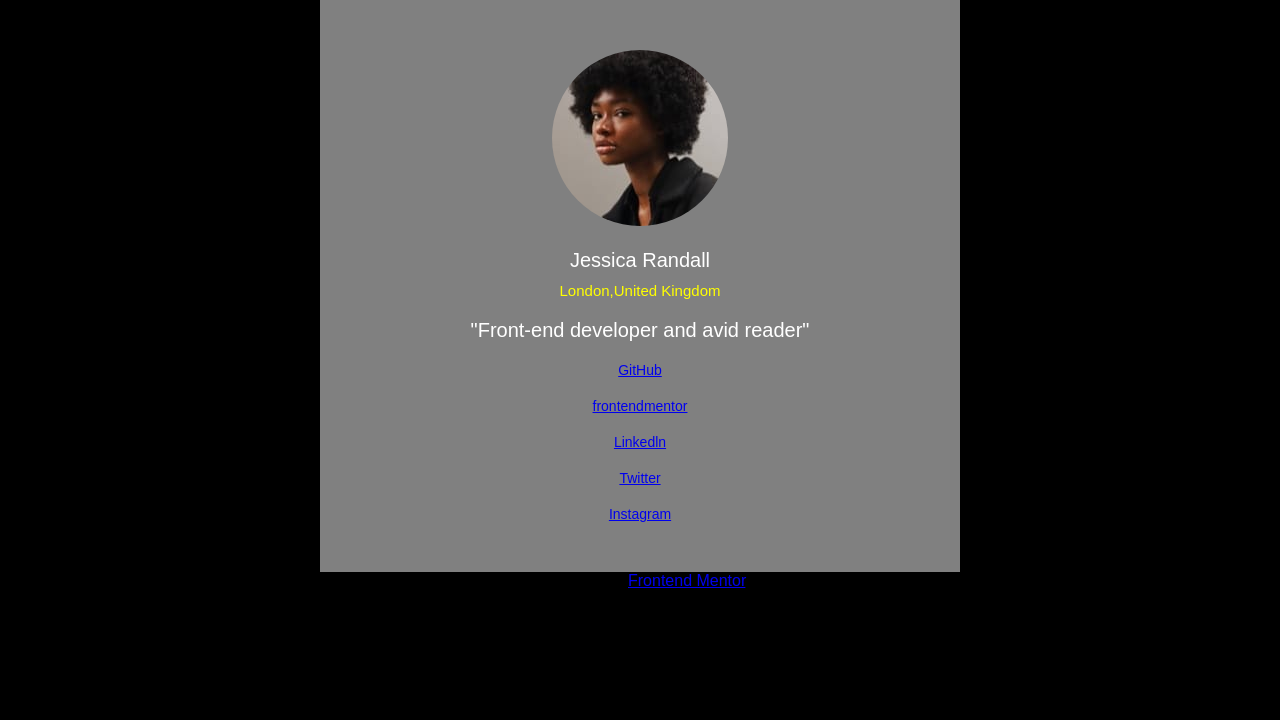
Repository: JosephAbatan05/Social-links-profile
Page: social-links-profile-main/index.html
These files come from the project's save history. The page is drawn as it stood at one moment and after the next save; the edit follows.
The browser window is 1280 px wide. The pictures show the whole page.

Above is the page before, as saved 2025-01-25 11:10:17.

### social-links-profile-main/index.html
<!DOCTYPE html>
<html lang="en">
<head>
  <meta charset="UTF-8">
  <meta name="viewport" content="width=device-width, initial-scale=1.0"> <!-- displays site properly based on user's device -->

  <link rel="icon" type="image/png" sizes="32x32" href="./assets/images/favicon-32x32.png">

  <title>Frontend Mentor | Social links profile</title>
<link rel="stylesheet" href="styles.css">

  <!-- Feel free to remove these styles or customise in your own stylesheet 👍 --<style>
    .attribution { font-size: 11px; text-align: center; }
    .attribution a { color: hsl(228, 45%, 44%); }
  </style>
</head>
<body>

  Jessica Randall
  London, United Kingdom
  "Front-end developer and avid reader."

  GitHub
  Frontend Mentor
  LinkedIn
  Twitter
  Instagram


-->

<div class="container">
  <img src="assets\images\avatar-jessica.jpeg" >

<div id="name">Jessica Randall</div>
<div class="description">London,United Kingdom</div>
<div class="about">"Front-end developer and avid reader"</div>
<div id="fa-links-container">
  <div >
    <a href="https://github.com" class="button">GitHub</a>



    <a href="https://frontendmentor.com" class="button">frontendmentor</a>




    <a href="https://Linkedln.com" class="button">Linkedln</a>





    <a href="https://Twitter.com" class="button">Twitter</a>





    <a href="https://Instagram.com" class="button">Instagram</a>






  </div>



</div>


</div>
<div class="attribution">
  Challenge by <a href="https://www.frontendmentor.io?ref=challenge" target="_blank">Frontend Mentor</a>.
</div>

</body>
</html>

### social-links-profile-main/styles.css
body{
    margin:0;
    padding:0;
    box-sizing: border-box;
    background-color: black;
    font-family: sans-serif;
}
.container{
    text-align: center;
    margin: 0 auto;
    font-size:14px;
    background-color: grey;
    max-width: 50%;
    padding: 50px 0;
}
img{
    border-radius:50%;


}
.container #name{
    color:white;
    margin-top: 20px;
    font-size:20px;
}

.container .description{
    color:yellow;
    margin-top: 10px;
    font-size: 15px;
}
.container .about{
    margin-top:20px;
    color:white;
    font-size: 20px;
}

.fa-links-container{
    margin-top:20px;
    padding:10px;
    text-align: center;

}
/*
.fa-links-container div a button{
    padding:10px;
    border-radius:5px;
    background-color:rgb(37, 36, 36);
    color:white;
    margin:0  auto;
    max-width: 45%;
    align-items:flex-end;
   margin-top: 5px;
   font-weight:bold
}
   */

.button{
    display: flex;
    gap:15px;
    flex-direction: column;
    margin-top: 20px;
}
 .fa-links-container div a{
    text-decoration: none;
    font-weight:600;
    padding:10px;
    border: none;
    color:white;
    background-color:hsl(0, 0%, 20%);
    border-radius:8px;
    width:250px;
    height:15px;

    border:none;
    justify-content: center;
}
.attribution{
    text-align:center;
    text-decoration: none;
}

After the next save:
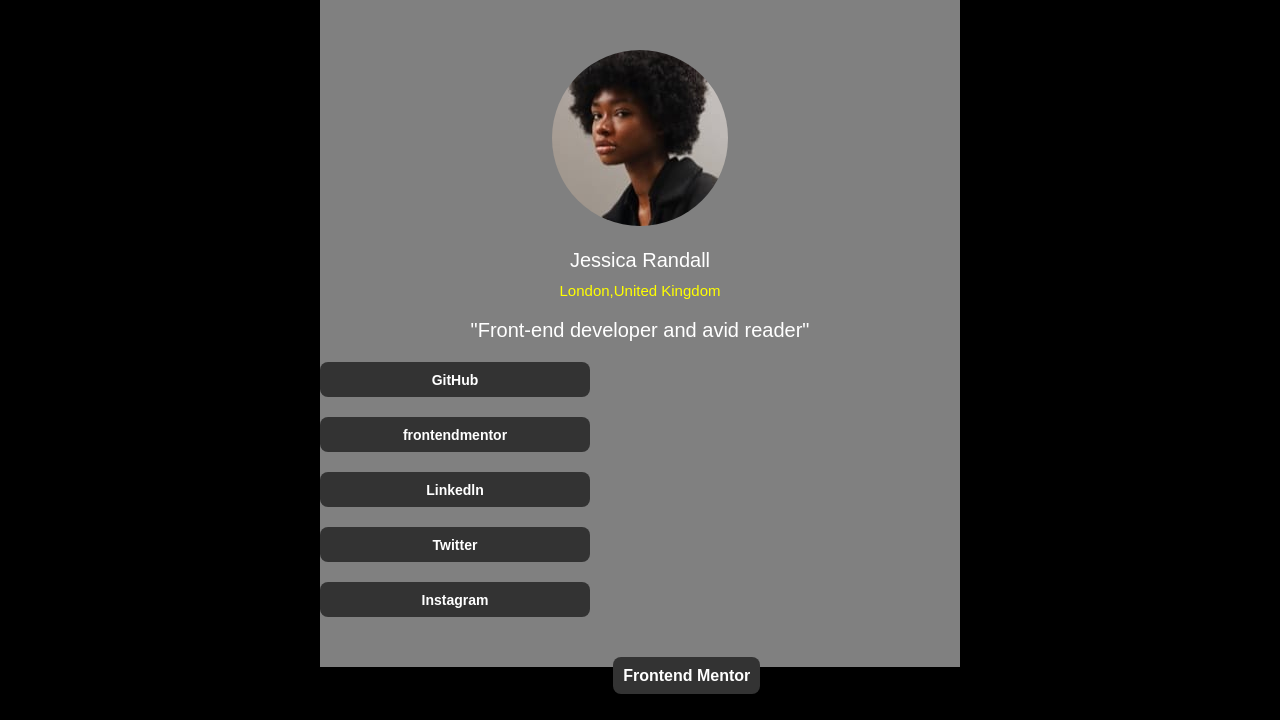
Saved 6 s later.
--- a/social-links-profile-main/styles.css
+++ b/social-links-profile-main/styles.css
@@ -61,7 +61,7 @@
     flex-direction: column;
     margin-top: 20px;
 }
- .fa-links-container div a{
+  a{
     text-decoration: none;
     font-weight:600;
     padding:10px;

After the 3 saves that followed:
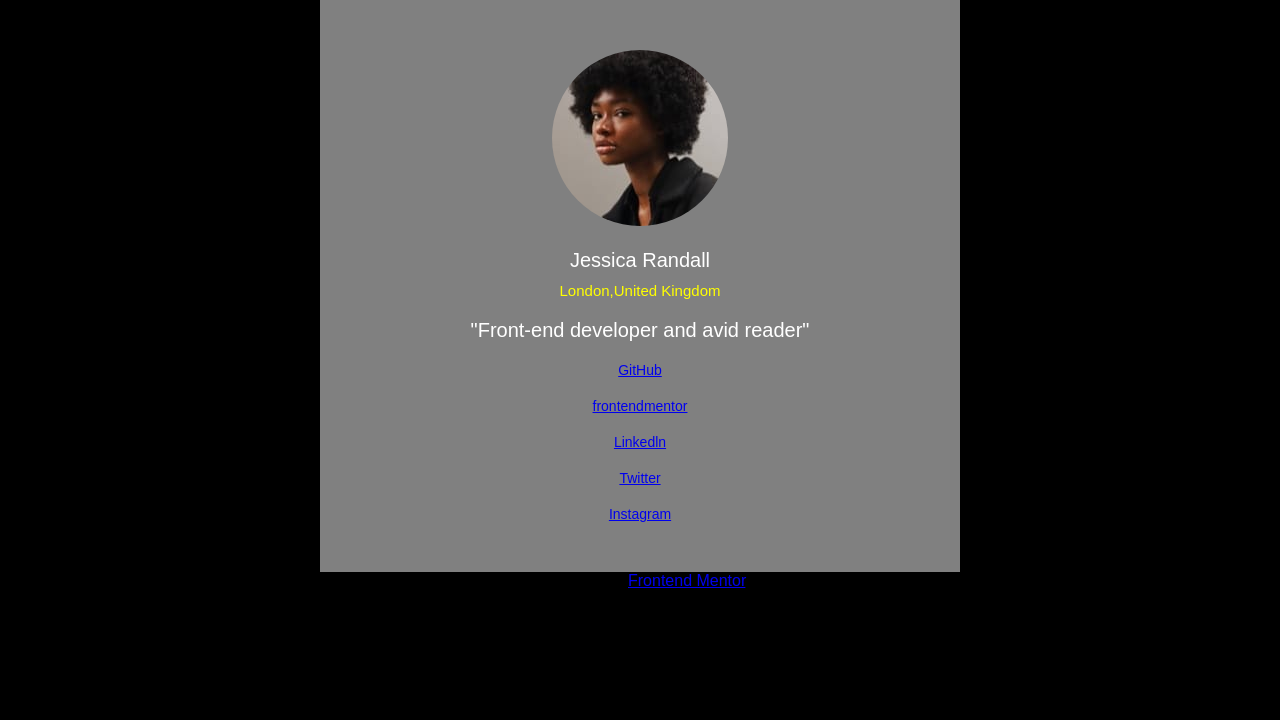
The 3 saves are shown as one change because 1 left the picture as it was and some came seconds apart.
The last was saved 22 s later.
--- a/social-links-profile-main/styles.css
+++ b/social-links-profile-main/styles.css
@@ -61,7 +61,7 @@
     flex-direction: column;
     margin-top: 20px;
 }
-  a{
+ div .button a{
     text-decoration: none;
     font-weight:600;
     padding:10px;
